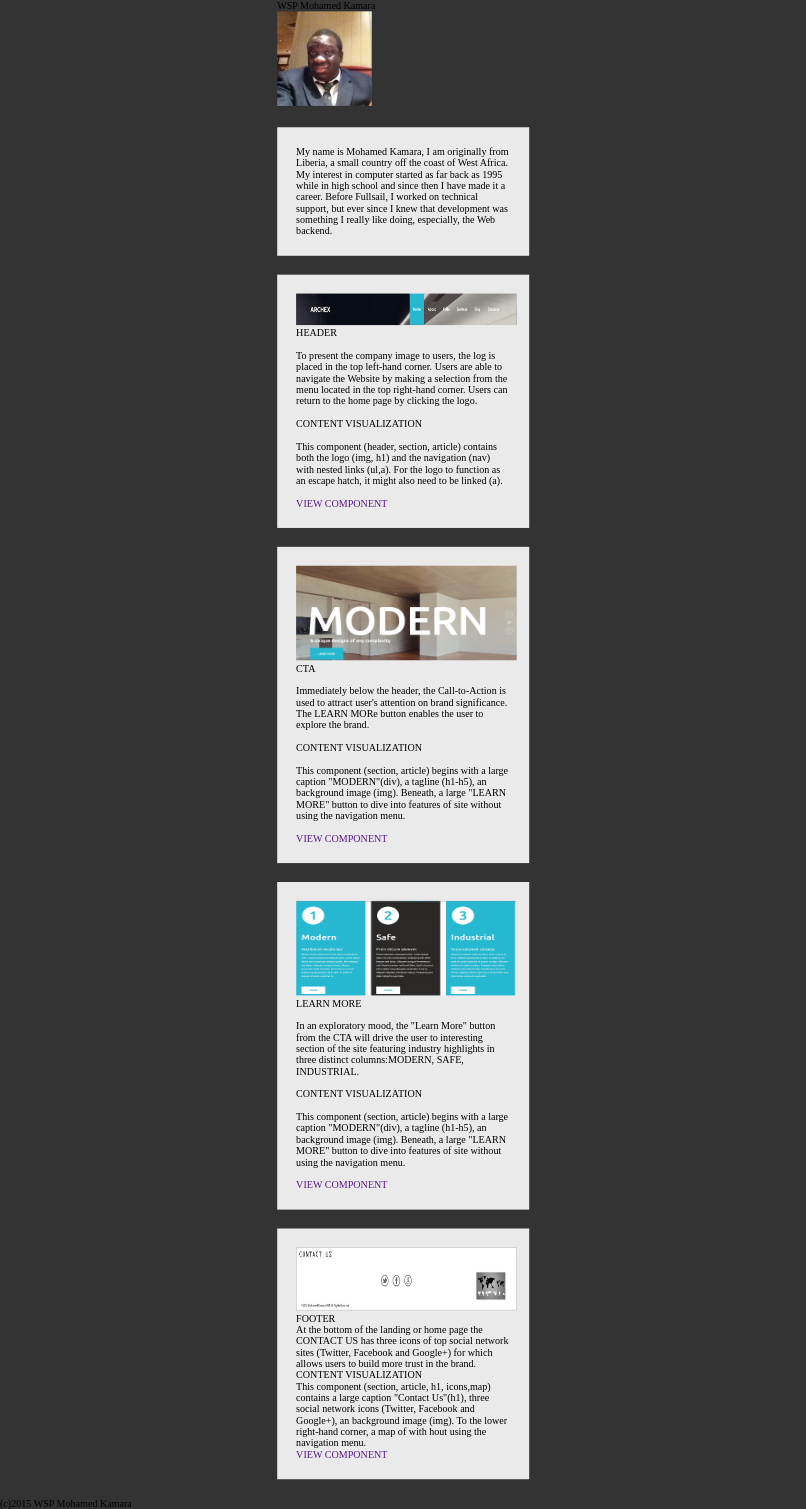
Repository: makamara/WSP_Project
Page: wsp/index.html
An editor plug-in stored every save of this project. The page is shown before and after the next save, followed by the edit.
The browser window is 1280 px wide. The pictures show the whole page, at 63% of full size.

Above is the page before, as saved 2015-09-15 17:34:04.

### wsp/index.html
<!DOCTYPE html>
<html>
<head>
	<title>WSP: Mohamed Kamara</title>
	<link rel="stylesheet" type="text/css" href="css/reset.css" />
	<link rel="stylesheet" type="text/css" href="css/main.css" />
</head>
<body>


	<!-- Header -->
	<header>

	</header>

	<!-- About -->
	<section>
		<h1>WSP Mohamed Kamara</h1>
		<div class="image">
			<img src="images/art_pix.jpg" alt="Mohamed Kamara" width="150" height="150" />
		</div>
		<article>
		<p>My name is Mohamed Kamara, I am originally from Liberia, a small country off the coast of West Africa. My interest in computer
		started as far back as 1995 while in high school and since then I have made it a career. Before Fullsail, I worked on technical
		support, but ever since I knew that development was something I really like doing, especially, the Web backend.
		</p>
		</article>
	</section>

	<!-- Blog, Components -->
	<section>
		<!-- Header section -->
		<article>

			<img src="images/header.png" alt="Header Section" width="350" height="50" />
			<h1>HEADER</h1><br />
			<p>To present the company image to users, the log is placed in the top left-hand corner. Users are able to navigate the Website
			by making a selection from the menu located in the top right-hand corner. Users can return to the home page by clicking the logo.
			</p><br />
			<h3>CONTENT VISUALIZATION</h3><br />

			<p>This component (header, section, article) contains both the logo (img, h1) and the navigation (nav) with nested links (ul,a).
			For the logo to function as an escape hatch, it might also need to be linked (a).
			</p><br />
			<p><a href="" class="button">VIEW COMPONENT</a></p>
		</article>
		<!-- CTA section -->
		<article>
			<img src="images/cta.jpg" alt="CTA" width="350" height="150" />
			<h1>CTA</h1><br />
			<p>Immediately below the header, the Call-to-Action is used to attract user's attention on brand significance.
				The <strong>LEARN MORe</strong> button enables the user to explore the brand.
			</p><br />
			<h3>CONTENT VISUALIZATION</h3><br />
			<p>This component (section, article) begins with a large caption "MODERN"(div), a tagline (h1-h5), an background image (img).
			Beneath, a large "LEARN MORE" button to dive into features of site without using the navigation menu.
			</p><br />
			<p><a href="" class="button">VIEW COMPONENT</a></p>
		</article>
	<!-- LEARN MORE section -->
		<article>
			<img src="images/learnmore.jpg" alt="Learn More" width="350" height="150" />
			<h1>LEARN MORE</h1><br />
			<p>In an exploratory mood, the "Learn More" button from the CTA will drive the user to interesting section of the site featuring
			industry highlights in three distinct columns:MODERN, SAFE, INDUSTRIAL.

			</p><br />
			<h3>CONTENT VISUALIZATION</h3><br />
			<p>This component (section, article) begins with a large caption "MODERN"(div), a tagline (h1-h5), an background image (img).
			Beneath, a large "LEARN MORE" button to dive into features of site without using the navigation menu.
			</p><br />
			<p><a href="" class="button">VIEW COMPONENT</a></p>
		</article>
		<!-- FOOTER section -->
		<article>
			<img src="images/footer.jpg" alt="Footer" width="350" height="100" />
			<h1>FOOTER</h1>
			<p>At the bottom of the landing or home page the CONTACT US has three icons of top social network sites (Twitter, Facebook and Google+) for
			which allows users to build more trust in the brand.

			</p>
			<h3>CONTENT VISUALIZATION</h3>
			<p>This component (section, article, h1, icons,map) contains a large caption "Contact Us"(h1), three social network icons (Twitter, Facebook and Google+),
				 an background image (img). To the lower right-hand corner, a map of with hout using the navigation menu.
			</p>
			<p><a href="" class="button">VIEW COMPONENT</a></p>
		</article>
	</section>
<footer>(c)2015 WSP Mohamed Kamara</footer>
</body>
</html>

### wsp/css/reset.css
/* CSS RESET
====================================================================================================
====================================================================================================
*/



html, body, div, main, span, applet, object, iframe,
h1, h2, h3, h4, h5, h6, p, blockquote, pre,
a, abbr, acronym, address, big, cite, code,
del, dfn, em, img, ins, kbd, q, s, samp,
small, strike, strong, sub, sup, tt, var,
b, u, i, center,
dl, dt, dd, ol, ul, li,
fieldset, form, label, legend, input, textarea,
table, caption, tbody, tfoot, thead, tr, th, td,
article, aside, canvas, details, embed,
figure, figcaption, footer, header, hgroup,
menu, nav, output, ruby, section, summary,
time, mark, audio, video,
::before, ::after {

	margin: 0; padding: 0;
	border: 0;
	font-size: 100%;
	font: inherit;
	vertical-align: baseline;
	text-decoration: none;

	box-sizing: border-box;

}

// HTML5 - Older browser support
// ======================================================================
article, aside, details, figcaption, figure,
footer, header, hgroup, menu, nav, section {
	display: block;
}


// BODY
// ======================================================================
body { line-height: 1; }


// LISTS - Clear bullets
// ======================================================================
ol, ul { list-style: none; }


// QUOTES
// ======================================================================
blockquote, q { quotes: none; }
blockquote:before, blockquote:after,
q:before, q:after {
	content: '';
	content: none;
}

// TABLES
// ======================================================================
table {
	border-collapse: collapse;
	border-spacing: 0;
}

### wsp/css/main.css
/* Project CSS
============================================================
============================================================*/
body {
    background: #333333;
}

header, section {
    width: 400px;
    margin: 0 auto;
}


/* HEADER ============================== */

/* ABOUT ============================== */

/* COMPONENTS ============================== */
article {
    background: #eaeaea;
    padding: 30px;
    margin: 30px 0;
}

After the next save:
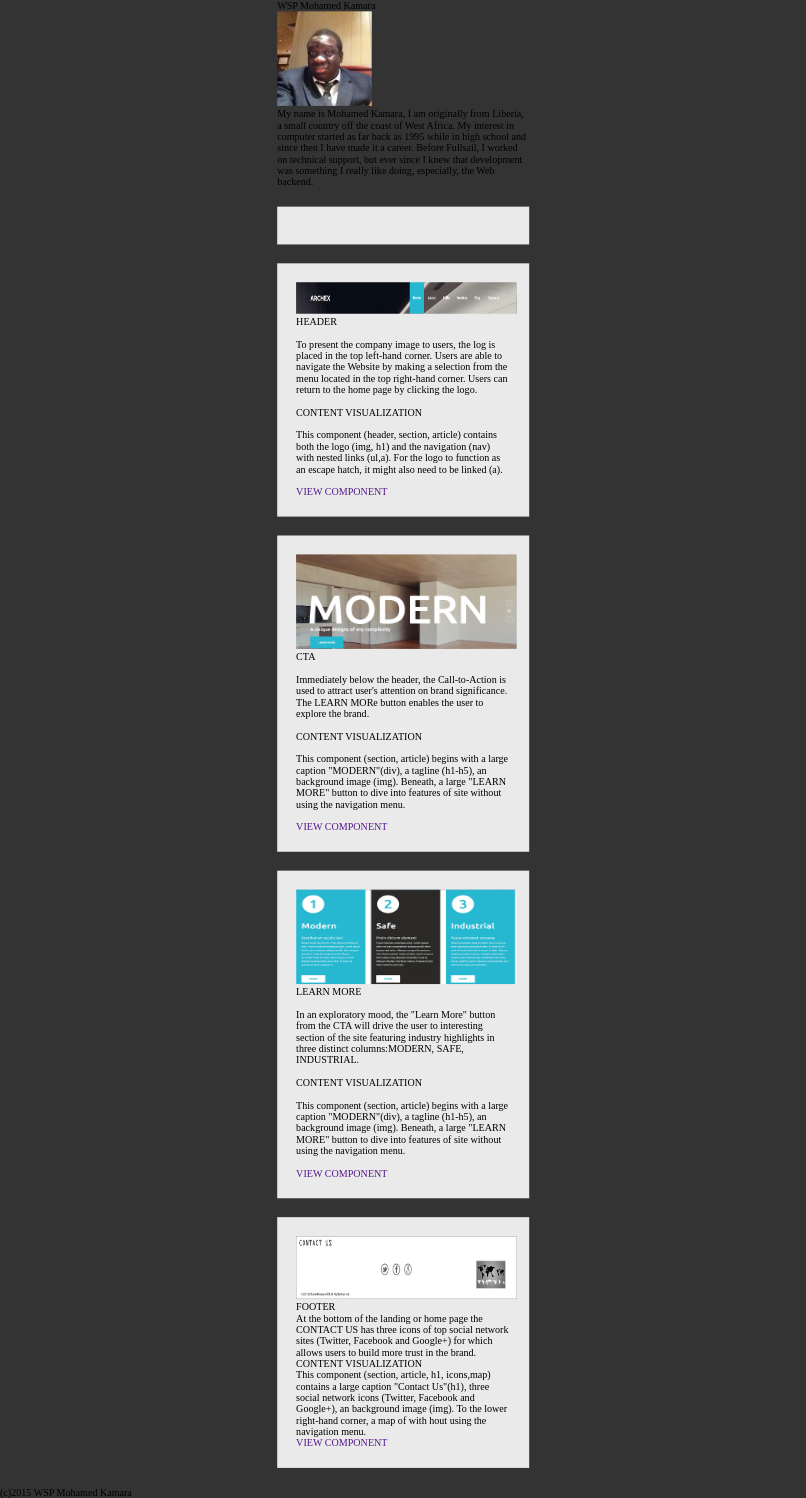
Saved 36 s later.
--- a/wsp/index.html
+++ b/wsp/index.html
@@ -18,12 +18,13 @@
 		<h1>WSP Mohamed Kamara</h1>
 		<div class="image">
 			<img src="images/art_pix.jpg" alt="Mohamed Kamara" width="150" height="150" />
-		</div>
-		<article>
-		<p>My name is Mohamed Kamara, I am originally from Liberia, a small country off the coast of West Africa. My interest in computer
+			<p>My name is Mohamed Kamara, I am originally from Liberia, a small country off the coast of West Africa. My interest in computer
 		started as far back as 1995 while in high school and since then I have made it a career. Before Fullsail, I worked on technical
 		support, but ever since I knew that development was something I really like doing, especially, the Web backend.
 		</p>
+		</div>
+		<article>
+
 		</article>
 	</section>
 
